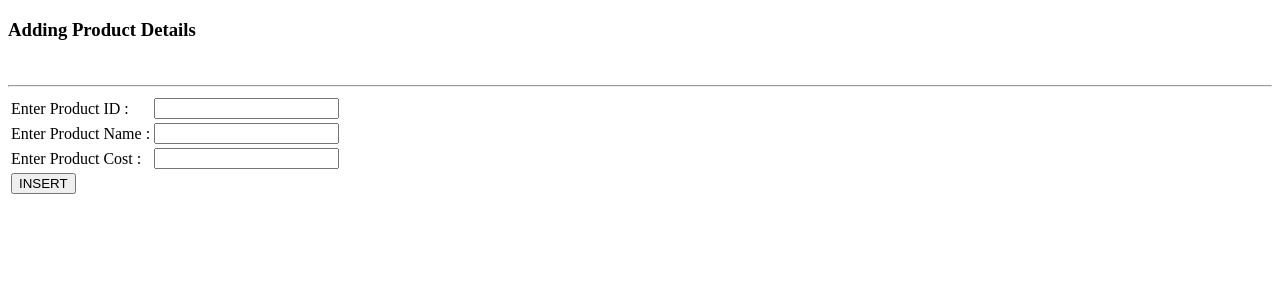
Repository: uaganesh/training
Page: ProductDetails/src/main/webapp/index.html
An editor plug-in stored every save of this project. The page is shown before and after the next save, followed by the edit.
The browser window is 1280 px wide. The pictures show the whole page.

Above is the page before, as saved 2022-08-09 03:09:23.

### ProductDetails/src/main/webapp/index.html
<!DOCTYPE html>
<html>
<head>
<meta charset="ISO-8859-1">
<title>Product Details</title>
</head>
<body>
<form action="ProductController" method="post">
<h3>Adding Product Details</h3><br>
<hr>
<table>
<tr>
<td>Enter Product ID :</td><td><input type="text" name="pid"></td>
</tr>
<tr>
<td>Enter Product Name :</td><td><input type="text" name="pname"></td>
</tr>
<tr>
<td>Enter Product Cost :</td><td><input type="text" name="price"></td>
</tr>
<tr>
<td><input type="submit" value="INSERT"></td>
</tr>
</table>
</form>
</body>
</html>

After the next save:
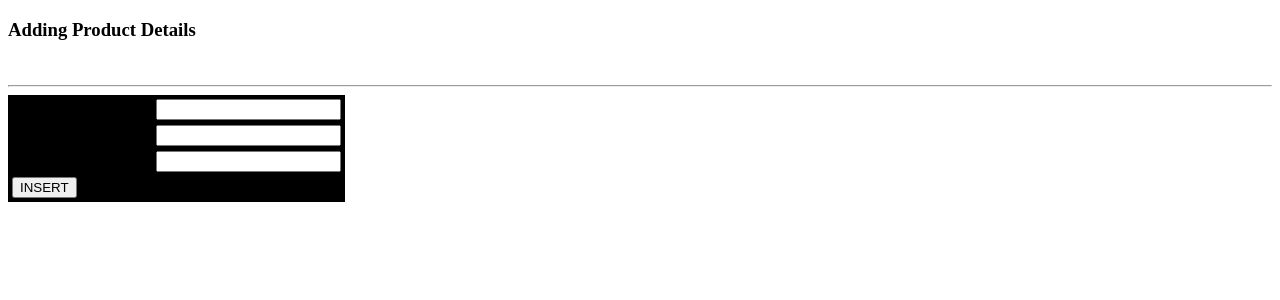
Saved 51 s later.
--- a/ProductDetails/src/main/webapp/index.html
+++ b/ProductDetails/src/main/webapp/index.html
@@ -8,7 +8,7 @@
 <form action="ProductController" method="post">
 <h3>Adding Product Details</h3><br>
 <hr>
-<table>
+<table cellspacing="3" bgcolor="#000000">
 <tr>
 <td>Enter Product ID :</td><td><input type="text" name="pid"></td>
 </tr>
